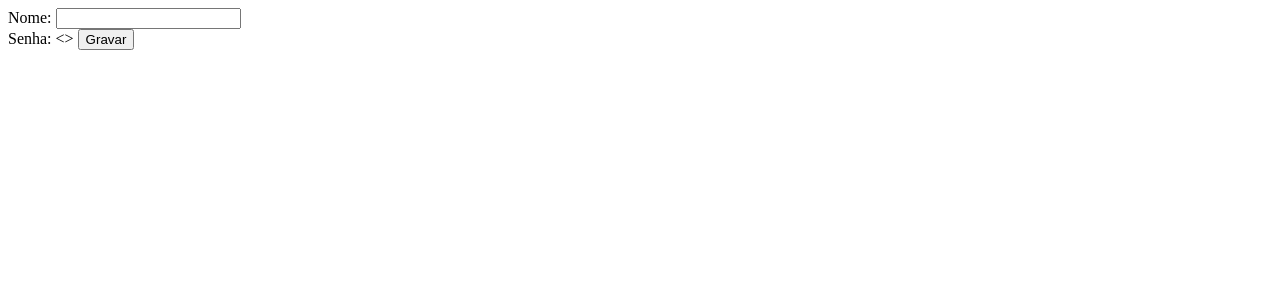
Repository: leonardosibela/aula-provisorio-master
Page: sitevendas/src/main/webapp/page.html
The author's editor kept a copy of each file at every save. The page is drawn from the files as they stood at one save, then again after the next save.
The browser window is 1280 px wide. The pictures show the whole page.

Above is the page before, as saved 2015-12-12 12:04:12.

### sitevendas/src/main/webapp/page.html
<html>
<body>
	<form action="filter/servlet">
      Nome: <input type="text" name="nome" required="required" /><br />
      Senha: <>
      <button type="submit">Gravar</button>
    </form>
</body>
</html>

After the next save:
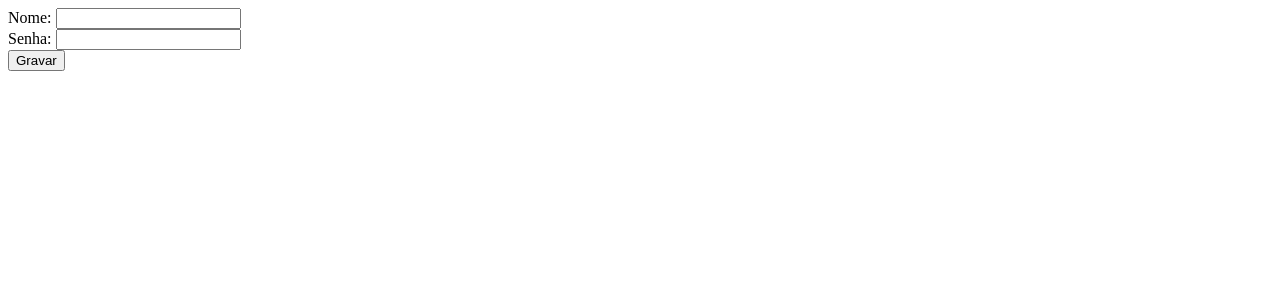
Saved 46 s later.
--- a/sitevendas/src/main/webapp/page.html
+++ b/sitevendas/src/main/webapp/page.html
@@ -2,7 +2,7 @@
 <body>
 	<form action="filter/servlet">
       Nome: <input type="text" name="nome" required="required" /><br />
-      Senha: <>
+      Senha: <input type="text" name="nome" required="required" /><br />
       <button type="submit">Gravar</button>
     </form>
 </body>
